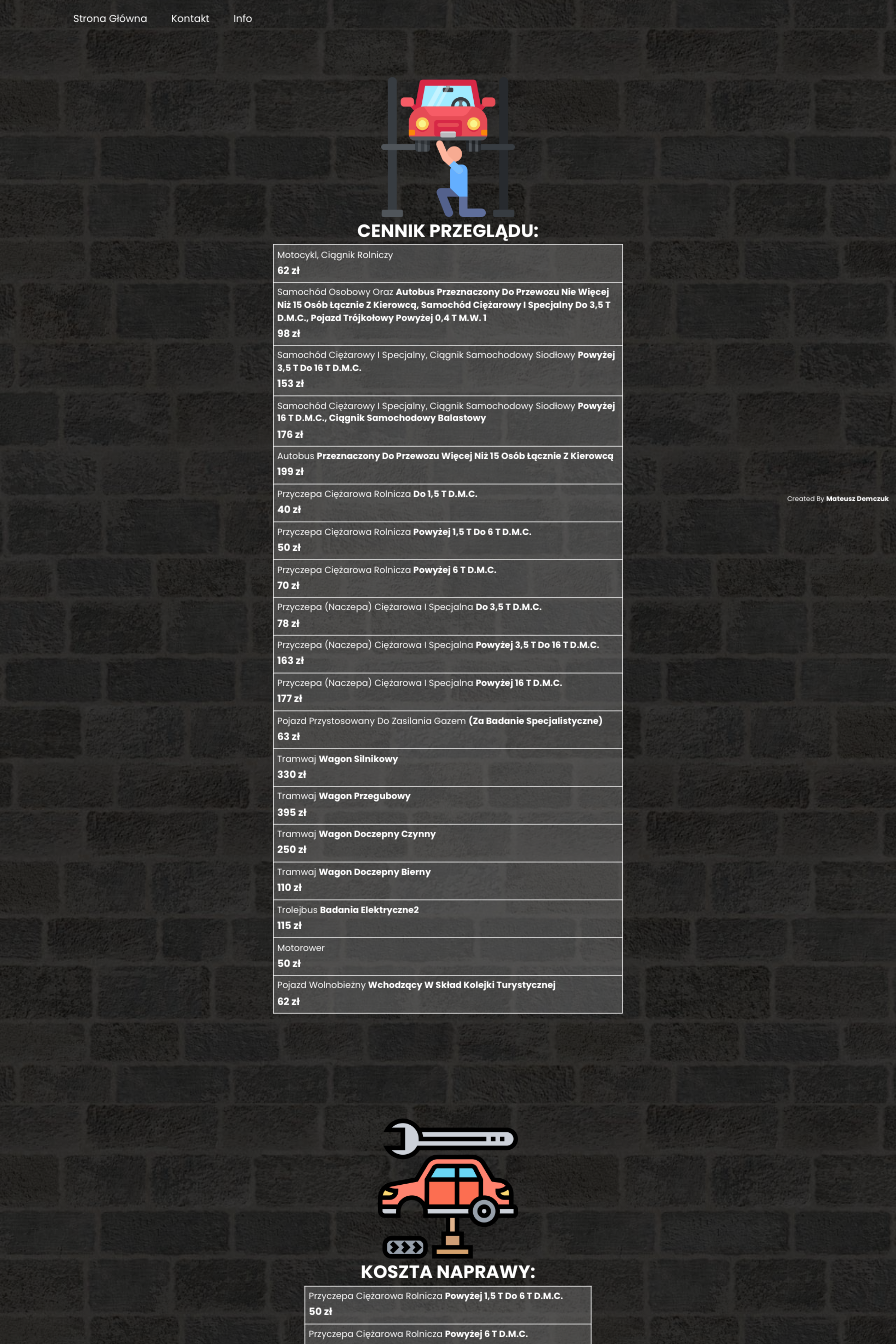
Repository: carsbrike/IwoCarsNew
Page: info.html
The author's editor kept a copy of each file at every save. The page is drawn from the files as they stood at one save, then again after the next save.
The browser window is 1280 px wide. The pictures show the part of the page from y = 0 to 1920 px (the page is 3850 px tall), at 70% of full size.

Above is the page before, as saved 2024-05-20 15:24:53.
Console error: TypeError: Cannot set properties of null (setting 'onclick')

After the next save:
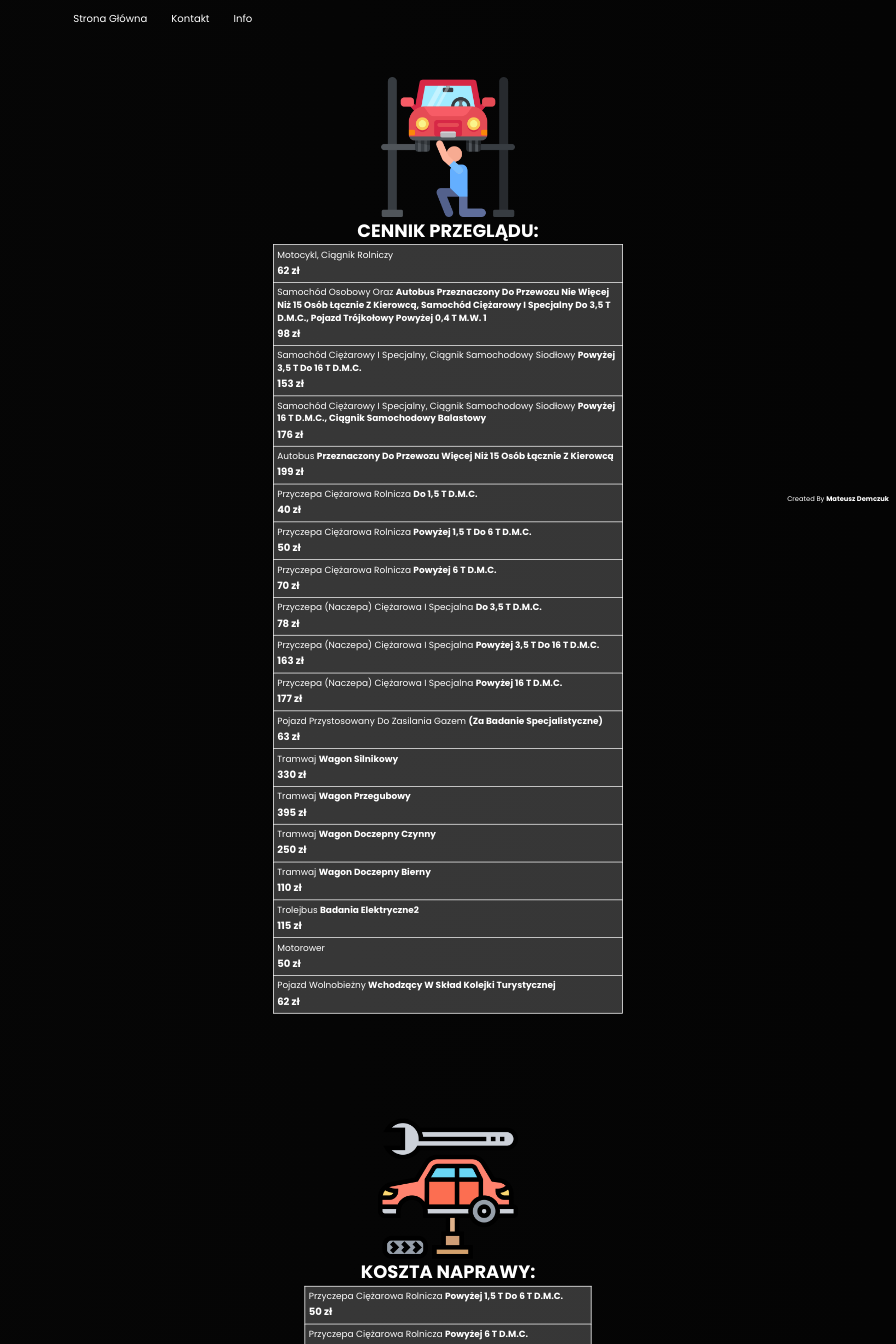
Not found: file/css/dist/file/img/pexels-pixabay-220182.jpg
Saved 43 s later.
--- a/file/css/dist/style.css
+++ b/file/css/dist/style.css
@@ -373,7 +373,7 @@ body .info {
   margin-top: -50px;
   height: 4300px;
   overflow: hidden;
-  background: linear-gradient(to right, rgba(7, 7, 7, 0.805), rgba(5, 5, 5, 0.797)), url(/onesitemech/file/img/pexels-pixabay-220182.jpg);
+  background: linear-gradient(to right, rgba(7, 7, 7, 0.805), rgba(5, 5, 5, 0.797)), url(file/img/pexels-pixabay-220182.jpg);
   background-repeat: repeat;
   background-position: center;
   display: flex;
